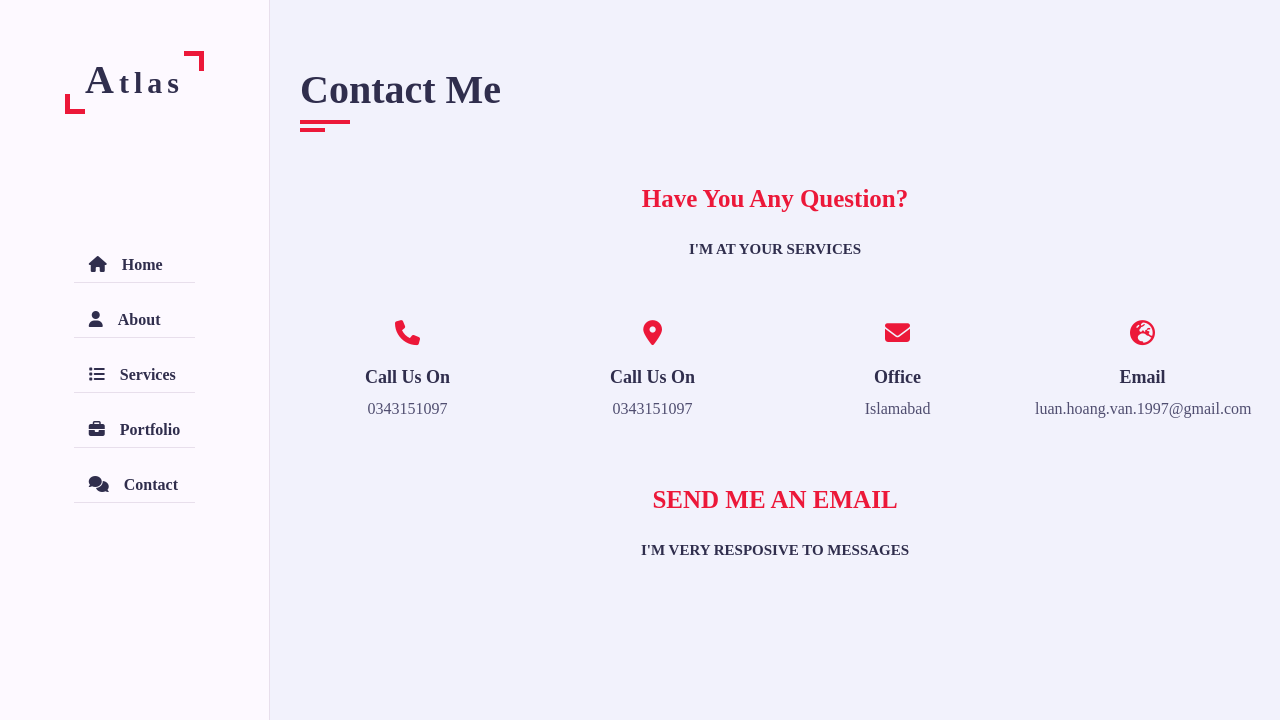
Repository: luanhoang0902/portfolio-ui
Page: index.html
The author's editor kept a copy of each file at every save. The page is drawn from the files as they stood at one save, then again after the next save.
The browser window is 1280 px wide. The pictures show the whole page.
Some web fonts or font styles are not loaded; a fallback is used. Some web libraries are served in a nearby version.

Above is the page before, as saved 2022-06-03 12:34:20.

After the next save:
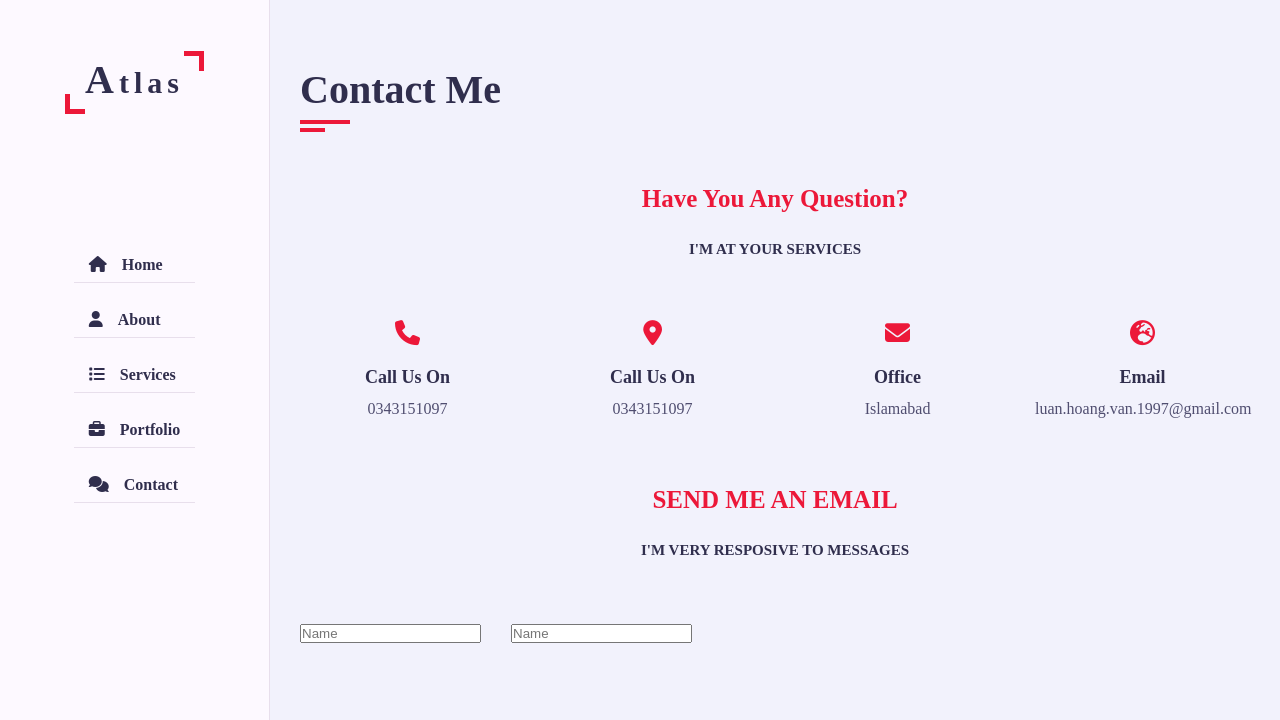
Saved 3 min 56 s later.
--- a/index.html
+++ b/index.html
@@ -501,7 +501,28 @@
             </div>
             <h3 class="contact-title padd-15">SEND ME AN EMAIL</h3>
             <h4 class="contact-sub-title padd-15">I'M VERY RESPOSIVE TO MESSAGES</h4>
-            <!--  ===== Contact Form ===== -->
+            <!--  ===== Contact Form Start===== -->
+            <div class="row">
+              <div class="contact-form padd-15">
+                <div class="row">
+                  <!--  ===== Contact Form item Start===== -->
+                  <div class="form-item col-6 padd-15">
+                    <div class="form-group">
+                      <input type="text" text="" class="form-control" placeholder ="Name">
+                    </div>
+                  </div>
+                  <!--  ===== Contact Form item End===== -->
+                  <!--  ===== Contact Form item Start===== -->
+                  <div class="form-item col-6 padd-15">
+                    <div class="form-group">
+                      <input type="text" text="" class="form-control" placeholder ="Name">
+                    </div>
+                  </div>
+                  <!--  ===== Contact Form item End===== -->
+                </div>
+              </div>
+            </div>
+            <!--  ===== Contact Form End===== -->
           </div>
         </section>
         <!--  ===== Contact Selection End> ===== -->
